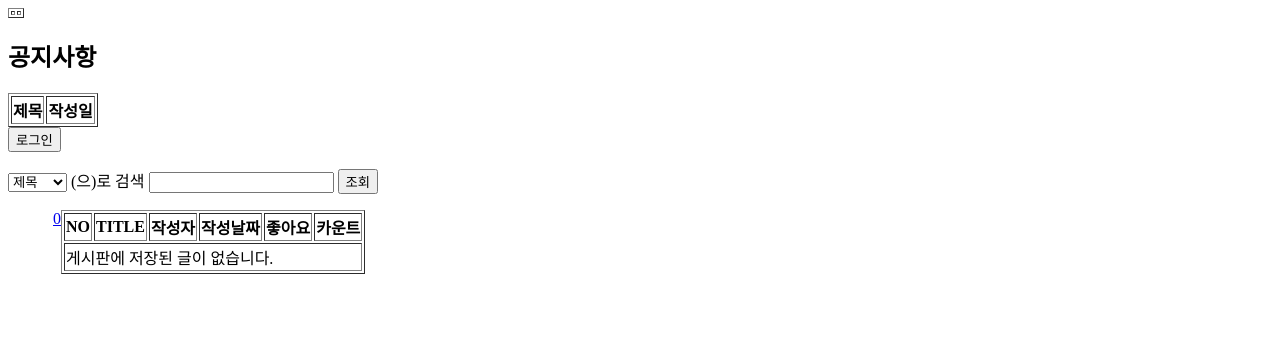
Repository: izuiw/team
Page: http://localhost/qCali/WEB-INF/views/board/list.jsp
These files come from the project's save history. The page is drawn as it stood at one moment and after the next save; the edit follows.
The browser window is 1280 px wide. The pictures show the whole page.
The page is served by Tomcat 9. Nobody is signed in. Other server files are loaded and not shown. The template is opened directly, without the code that normally fills it, so the values that code supplies are empty.

Above is the page before, as saved 2022-04-27 12:21:55.

### qCali/src/main/webapp/WEB-INF/views/board/list.jsp
<%@ page language="java" contentType="text/html; charset=UTF-8"
	pageEncoding="UTF-8"%>

<%@ taglib prefix="c" uri="http://java.sun.com/jsp/jstl/core"%>
<%@ taglib prefix="form" uri="http://www.springframework.org/tags/form"%>
<!DOCTYPE html>
<html xmlns:th="http://www.thymeleaf.org">
<head>

<meta charset="UTF-8">

<style>
ul {
	list-style: none;
/* 	width: 30%; */
}

li {
	float: left;
	margin-left: 5px;
}
</style>

<title>Insert title here</title>
</head>
<body>



<%-- 	<c:if test="${!empty memberLogin}"> --%>
<!-- 		<h2>로그인 성공</h2> -->

<%--       게시글 수 : ${boardTotal } --%>
<!--       <table border="1"> -->
<!-- 			<tr> -->
<!-- 				<th>회원 번호</th> -->
<!-- 				<th>회원 ID</th> -->
<!-- 				<th>회원 닉네임</th> -->
<!-- 				<th>회원 생일</th> -->
<!-- 				<th>회원 가입 날짜</th> -->
<!-- 				<th>회원 인증 여부</th> -->
<!-- 				<th>회원 레벨</th> -->
<!-- 			</tr> -->
<!-- 			<tr> -->
<%-- 				<td>${memberLogin.memberSeq}</td> --%>
<%-- 				<td>${memberLogin.memberId}</td> --%>
<%-- 				<td>${memberLogin.memberNickname}</td> --%>
<%-- 				<td>${memberLogin.memberBirthDay}</td> --%>
<%-- 				<td>${memberLogin.memberRegDay}</td> --%>
<%-- 				<td>${memberLogin.memberAuth}</td> --%>
<%-- 				<td>${memberLogin.memberLevel}</td> --%>

<!-- 			</tr> -->
<!-- 		</table> -->
<%-- 		<a href="<c:url value='/member/logout'/>"><button>로그아웃</button></a> --%>
<!-- 		<a -->
<%-- 			href="<c:url value='/board/write?questionSeq=${boardQuestion.questionSeq }'/>"><button>글쓰기</button></a> --%>

<%-- 		<a href="<c:url value='/member/questionAdd'/>"><button>질문 --%>
<!-- 				등록하기</button></a> -->
<!-- 		<a -->
<%-- 			href="<c:url value='/member/mypage/confirmPwd?memberSeq=${memberLogin.memberSeq}'/>"><button>마이페이지</button></a> --%>

<%-- 	</c:if> --%>



	<table border="1">
		<tr>
			<td>${boardQuestion.questionContent}</td>
			<td>${boardQuestion.questionSeq}</td>
		</tr>
	</table>

	<h2>공지사항</h2>
	<table border="1">
		<tr>
			<th>제목</th>
			<th>작성일</th>
		</tr>
		<c:forEach var="n" items="${notice }">
			<tr>
				<td><a href="<c:url value='/notice/read/${n.noticeSeq}' />">${n.noticeTitle}</a></td>
				<td>${n.noticeRegDay }</td>
			</tr>
		</c:forEach>
	</table>

	<c:if test="${empty memberLogin}">
		<a href="<c:url value='/member/login'/>"><button>로그인</button></a>
	</c:if>

	<form action="<c:url value='/board/search'/>">
		<p>
			<select name="searchOption">
				<option value="boardTitle">제목</option>
				<option value="memberNickname">닉네임</option>
			</select> <label>(으)로 검색 <input name="searchWord" /></label> <input
				type="submit" value="조회">
		</p>

	</form>


	<table border="1">
		<tr>
			<th>NO</th>
			<th>TITLE</th>
			<th>작성자</th>
			<th>작성날짜</th>
			<th>좋아요</th>
			<th>카운트</th>


		</tr>




		<c:if test="${ empty boardList}">
			<tr>
				<td colspan="7">게시판에 저장된 글이 없습니다.</td>
			</tr>
		</c:if>

		<c:if test="${ !empty boardList}">
			<c:forEach var="list" items="${boardList}">
				<tr>
					<td>${list.rn}</td>

					<td><a
						href="<c:url value='/board/detail?boardSeq=${list.boardSeq}'/>">${list.boardTitle}</a>

					</td>



					<td><c:if test="${empty list.memberNickname }">
                  탈퇴 회원
               </c:if> ${list.memberNickname}</td>
					<td>${list.boardRegday}</td>
					<td>${list.boardLike}</td>
					<td>${list.boardCount}</td>

				</tr>

			</c:forEach>

		</c:if>
		<div>
			<ul>
				<c:if test="${pageMaker.prev }">
					<li><a
						href="list${pageMaker.makeQuery(pageMaker.startPage - 1) }">이전</a>
					</li>
				</c:if>

				<c:forEach var="currentPage" begin="${pageMaker.startPage }"
					end="${pageMaker.endPage }">
					<li><a href="list${pageMaker.makeQuery(currentPage) }">${currentPage }</a></li>
				</c:forEach>

				<c:if test="${pageMaker.next && pageMaker.endPage > 0 }">
					<li><a
						href="list${pageMaker.makeQuery(pageMaker.endPage + 1) }">다음</a>
					</li>
				</c:if>
			</ul>


	</table>
</body>
</html>

After the next save:
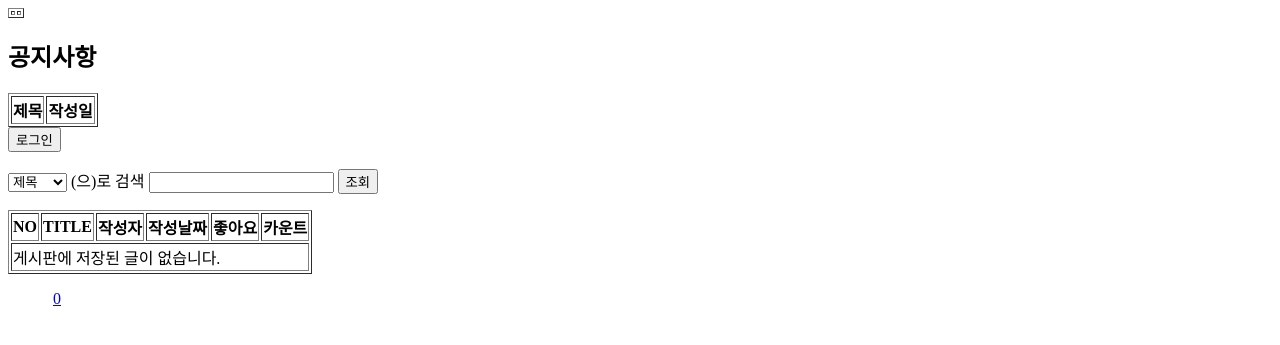
Saved 18 s later.
--- a/qCali/src/main/webapp/WEB-INF/views/board/list.jsp
+++ b/qCali/src/main/webapp/WEB-INF/views/board/list.jsp
@@ -147,7 +147,8 @@ li {
 			</c:forEach>
 
 		</c:if>
-		<div>
+	</table>
+
 			<ul>
 				<c:if test="${pageMaker.prev }">
 					<li><a
@@ -168,6 +169,5 @@ li {
 			</ul>
 
 
-	</table>
 </body>
 </html>
